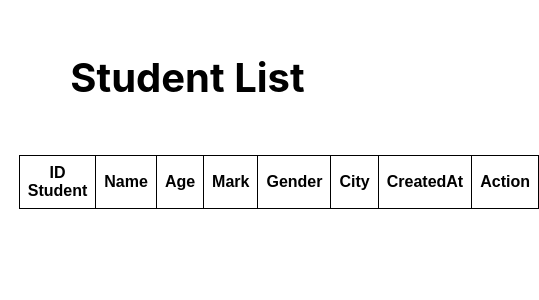
Repository: haminhdat1407/react-api-student
Page: /
The author's editor kept a copy of each file at every save. The page is drawn from the files as they stood at one save, then again after the next save.
The browser window is 375 px wide. The page is 539 px wide, so the pictures cover 539 px, including what lies to the right of the window. The pictures show the whole page.
The page's requests for data from a server got no answer. The project was rebuilt for these pictures with package versions that can differ from the ones it lists, and the page was loaded fresh each time. No one was signed in, and anything a server would have sent is missing. Also part of the build but not shown: src/styles.css.

Above is the page before, as saved 2022-03-12 14:29:54.

After the next save:
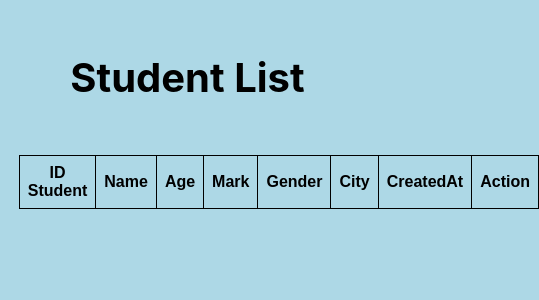
Saved 21 min 59 s later.
--- a/src/components/StudentList/style.css
+++ b/src/components/StudentList/style.css
@@ -27,3 +27,9 @@ tr:nth-child(even) {
   cursor: pointer;
   color: red;
 }
+
+@media only screen and (max-width: 600px) {
+  body {
+    background-color: lightblue;
+  }
+}
